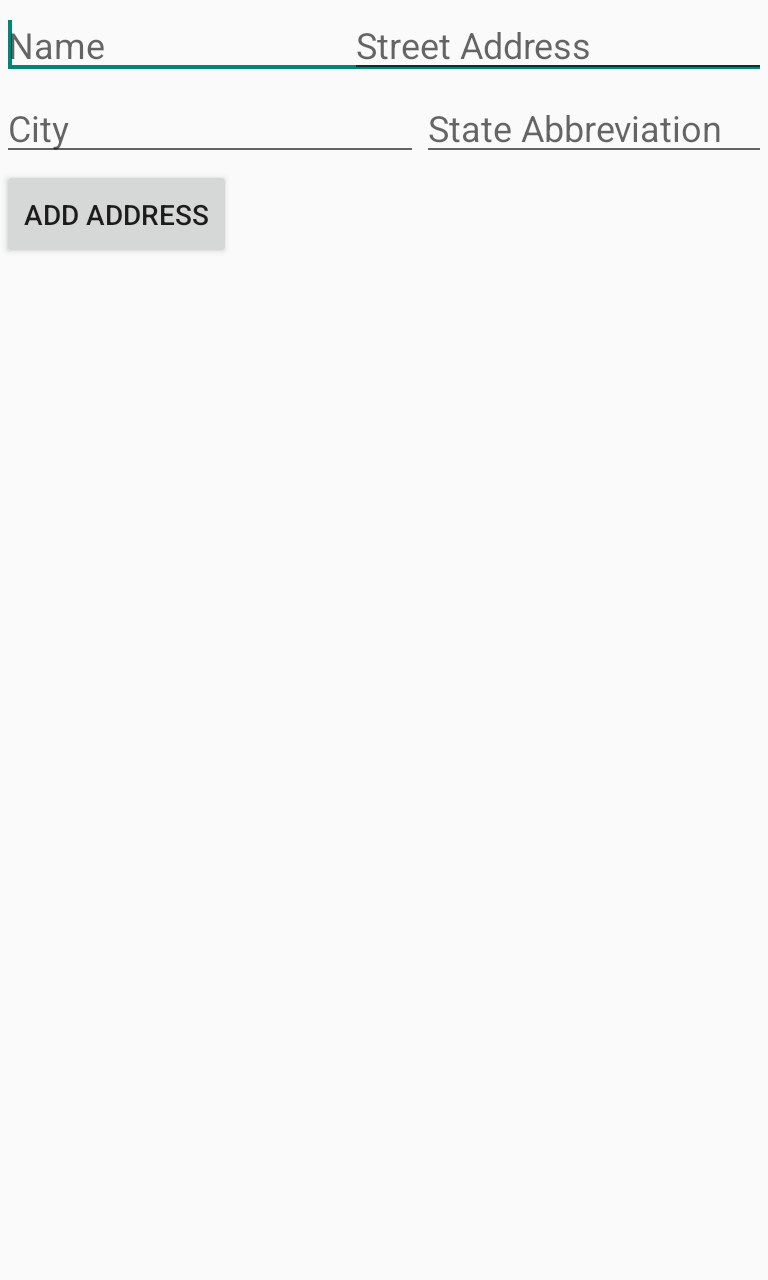
Repository: bhazenstab16/addressbookBMH
Layout: AddressBook/res/layout/activity_main.xml
The author's editor kept a copy of each file at every save. The layout is drawn from the files as they stood at one save, then again after the next save.
It is drawn on a 768 x 1280 px phone screen (xhdpi) without system bars, with theme AppTheme; the app's code is not run.

Above is the layout before, as saved 2019-10-17 15:38:48.

After the next save:
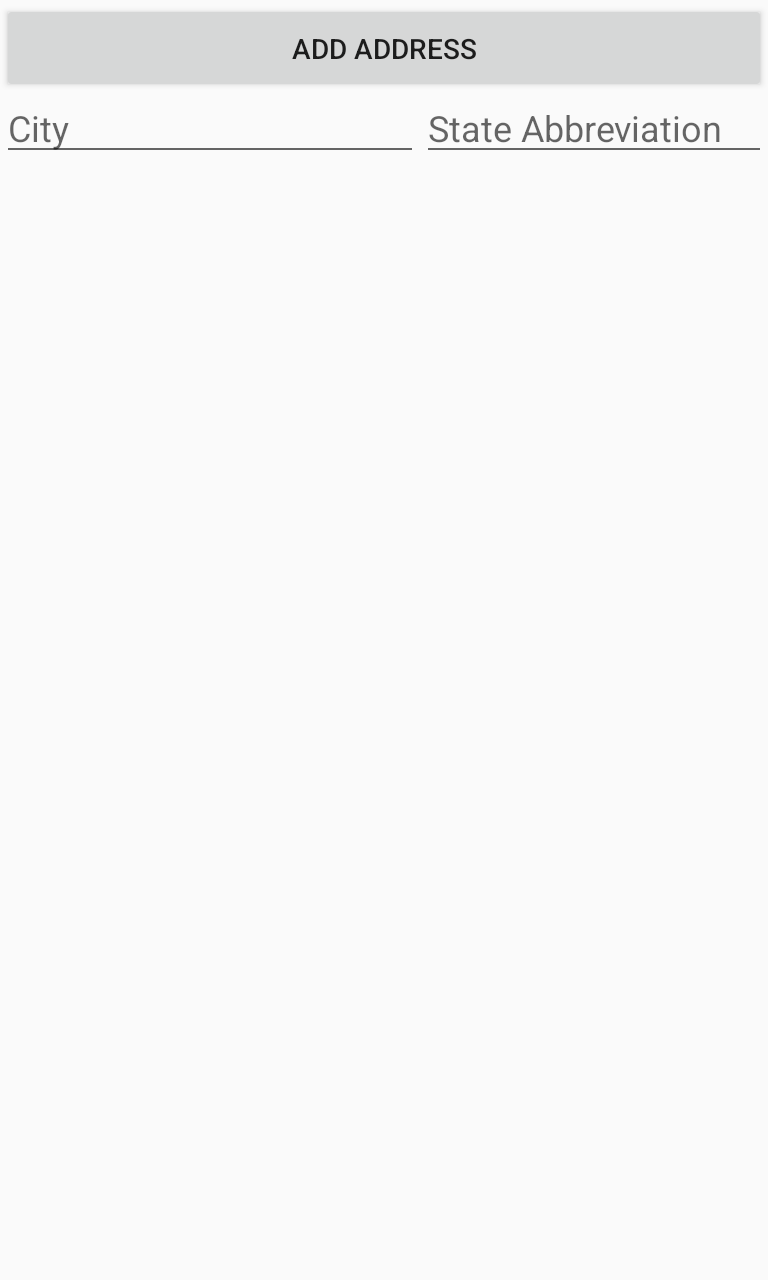
Saved 50 s later.
--- a/AddressBook/res/layout/activity_main.xml
+++ b/AddressBook/res/layout/activity_main.xml
@@ -11,7 +11,7 @@
         android:layout_width="wrap_content"
         android:layout_height="wrap_content"
         android:layout_alignParentLeft="true"
-        android:layout_alignParentRight="true"
+        android:layout_alignParentTop="true"
         android:ems="10"
         android:hint="@string/stringHintName"
         android:inputType="textPersonName" >
@@ -64,6 +64,8 @@
         android:layout_width="wrap_content"
         android:layout_height="wrap_content"
         android:layout_alignParentLeft="true"
+        android:layout_alignParentRight="true"
+        android:layout_alignParentTop="true"
         android:layout_below="@+id/editTextCity"
         android:text="@string/stringAddRecord" />
 
